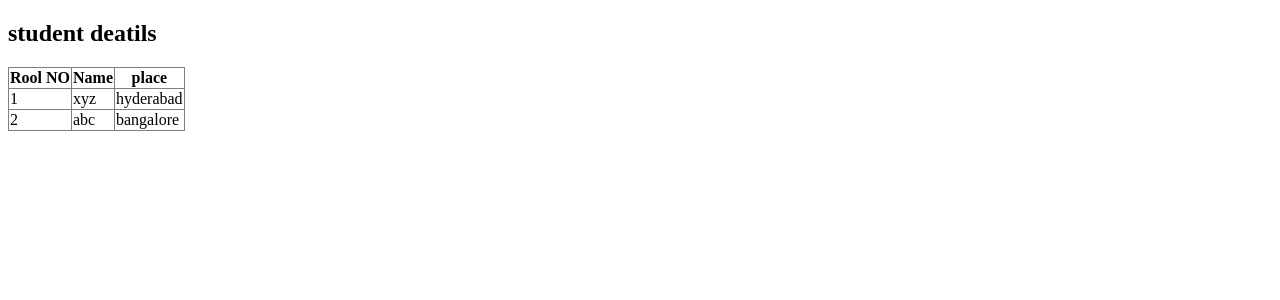
Repository: viveknaidu007/repo-113-HTML
Page: 3.html
An editor plug-in stored every save of this project. The page is shown before and after the next save, followed by the edit.
The browser window is 1280 px wide. The pictures show the whole page.

Above is the page before, as saved 2024-06-10 19:45:52.

### 3.html
<!DOCTYPE html>
<html>
    <head>
        <title> Table Demo </title>
    </head>

    <body>
        <h2> student deatils</h2>
        <table border="1" style="border-collapse:collapse">

            <tr>
                <th> Rool NO</th>
                <th> Name</th>
                <th> place</th>
            </tr>

            <tr>
                <td>1</td>
                <td>xyz</td>
                <td>hyderabad</td>
            </tr>

            <tr>
                <td>2</td>
                <td>abc</td>
                <td>bangalore</td>
            </tr>

        </table>
    </body>
</html>

After the next save:
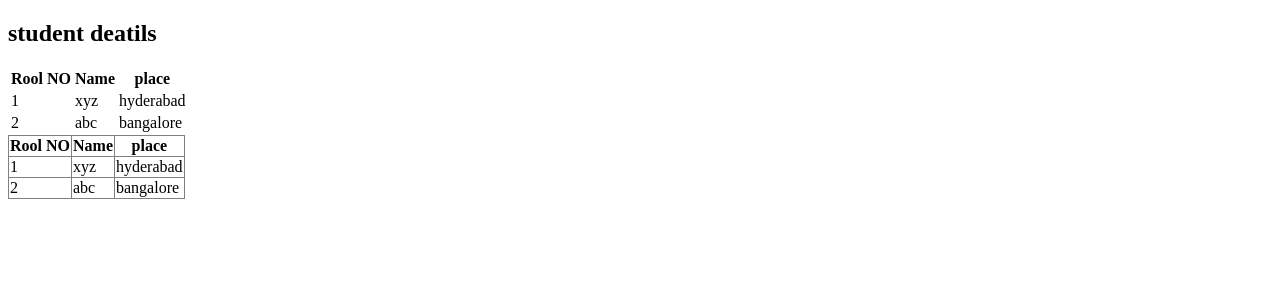
Saved 3 min 22 s later.
--- a/3.html
+++ b/3.html
@@ -6,6 +6,28 @@
 
     <body>
         <h2> student deatils</h2>
+        <table>
+
+            <tr>
+                <th> Rool NO</th>
+                <th> Name</th>
+                <th> place</th>
+            </tr>
+
+            <tr>
+                <td>1</td>
+                <td>xyz</td>
+                <td>hyderabad</td>
+            </tr>
+
+            <tr>
+                <td>2</td>
+                <td>abc</td>
+                <td>bangalore</td>
+            </tr>
+
+        </table>
+
         <table border="1" style="border-collapse:collapse">
 
             <tr>
@@ -27,5 +49,6 @@
             </tr>
 
         </table>
+
     </body>
 </html>
